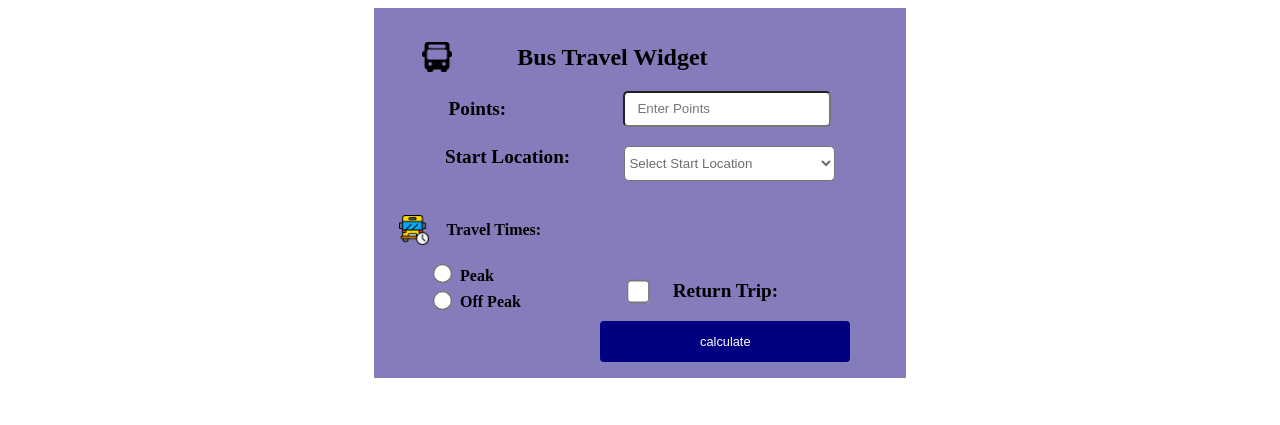
Repository: lasity34/bus_travel
Page: index.html
The author's editor kept a copy of each file at every save. The page is drawn from the files as they stood at one save, then again after the next save.
The browser window is 1280 px wide. The pictures show the whole page.

Above is the page before, as saved 2023-05-31 11:13:23.

### index.html
<!DOCTYPE html>
<html lang="en">
  <head>
    <meta charset="UTF-8" />
    <meta http-equiv="X-UA-Compatible" content="IE=edge" />
    <meta name="viewport" content="width=device-width, initial-scale=1.0" />
    <link href="./style.css" rel="stylesheet" />
    <title>Bus travel</title>
  </head>
  <body>
    <div class="widget_container">
      <header>
        <img src="./images/bus.png" width="30" height="30" />
        <h2>Bus Travel Widget</h2>
      </header>
      <section>
        <div class="points_container">
          <label for="points">Points:</label>
          <input
            type="number"
            name="points"
            id="points"
            placeholder="Enter Points"
          />
        </div>
        <div class="start_location_container">
          <label for="dropdown">Start Location:</label>
          <select id="dropdown" name="dropdown">
            <option value="select_location">Select Start Location</option>
            <option value="atlantis">Atlantis</option>
            <option value="pinelands">Pinelands</option>
            <option value="milnerton">Milnerton</option>
          </select>
        </div>
      </section>
      <section class="calculate_container">
        <div class="calculate_title">
          <img src="./images/bus_time.png" width="30" height="30" />
          <h4>Travel Times:</h4>
        </div>
        <div class="input_container">
          <div class="calculate_input">
            <input type="radio" id="peak" name="time" value="peak" />
            <label for="peak">Peak</label><br />
            <input type="radio" id="off-peak" name="time" value="off-peak" />
            <label for="off-peak">Off Peak</label><br />
          </div>
          <div class="check_calculate">
            <div class="check_box">

                <input type="checkbox" name="return">
                <h4>Return Trip:</h4>
            </div>
              <button class="calculate_btn">calculate</button>
          </div>
        </div>
      </section>

      <script src="./bus_travel_factory.js"></script>
      <script src="./bus_travel.js"></script>
    </div>
  </body>
</html>

### style.css


.widget_container {
   margin: 0 auto;
   display: flex;
   flex-direction: column;
   justify-content: center;
    background-color: rgb(132, 124, 187);
    width: 70%;
    max-width: 500px;
    font-weight: bold;
    padding: 1em;
}

header {
    display: flex;
    align-items: center;
    justify-content: space-around;
    width: 70%;
}

.points_container  {
    display: flex;
    width: 100%;
    justify-content: space-around;
    align-items: center;
}

.points_container label {
    font-size: 1.2rem;
}

.points_container input {
    border-radius: 5px;
    height: 30px;
    text-indent: 10px;
    width: 40%;
}

input[type='number']::-webkit-inner-spin-button,
input[type='number']::-webkit-outer-spin-button {
    -webkit-appearance: none;
    margin: 0;
}

input[type='number'] {
    -moz-appearance: textfield;
}

.start_location_container {
    padding: 1em 0;
    display: flex;
    margin: 0 auto;
    justify-content: space-between;
    width: 78%;
    font-size: 1.2rem;
    max-width: 500px;
}

select {
    background-color: white;
    width: 54%;
    height: 35px;
    border-radius: 5px;
    color: rgb(111, 108, 108);
}

option {
    font-weight: lighter;

}

button {
    background-color: #000080; /* Dark Blue */
    border: none;
    color: white;
    text-align: center;
    display: inline-block;
    font-size:0.8rem;
    transition-duration: 0.4s;
    cursor: pointer;
    padding: 1em 1.5em;
    border-radius: 4px;
    width: 100%;
    margin: 0 auto;
  }

  button:hover {
    background-color: #0000FF; /* Blue */
    color: white;
  }

  .calculate_title {
    display: flex;
    width: 32%;
    justify-content: space-around;
    align-content: center;
  }

  .calculate_title img {
    align-self: center;
  }

  input[type="radio"], input[type="checkbox"] {
    transform: scale(1.5); /* Adjust the scale factor as needed */
    margin: 0.5em;
}

input[type="checkbox"] {
    border: 1px solid black;
}

.input_container {
    display: flex;
    justify-content: space-around;
}

.check_calculate {
    width: 50%;
}

.check_box {
    display: flex;
    justify-content: center;
    width: 80%;
    transform: scale(1.2)
}

.check_box h4 {
    margin-left: 1em;
}

### bus_travel_factory.js



function bus_travel_factory() {

    let points = 0
    let location = ""

    function points_input(input) {
        points = input
    }




    function bus_location(input) {
        if (input === "milnerton") {
            location = "milnerton"
        } else if (input === "atlantis") {
            location = 'atlantis'
        } else if (input === 'pinelands') {
            location = 'pinelands'
        } else if (input === 'select_location') {
            location = 'select_location'
        }
    }



    function points_value() {
        return points
    }

    function location_return() {
        return location
    }


    return {
        points_input,
        points_value,
        bus_location,
        location_return
    }
}

### bus_travel.js

const points_value = document.querySelector("#points").value
const calculate_btn = document.querySelector(".calculate_btn")
const location_select = document.querySelector("#dropdown")

const bus_instance = bus_travel_factory()

function bus_travel() {

    bus_instance.points_input(points_value)
}

function bus_location() {
    const selected_value = this.value
    bus_instance.bus_location(selected_value)
}

location_select.addEventListener("change", bus_location)


calculate_btn.addEventListener("click", bus_travel)

After the next save:
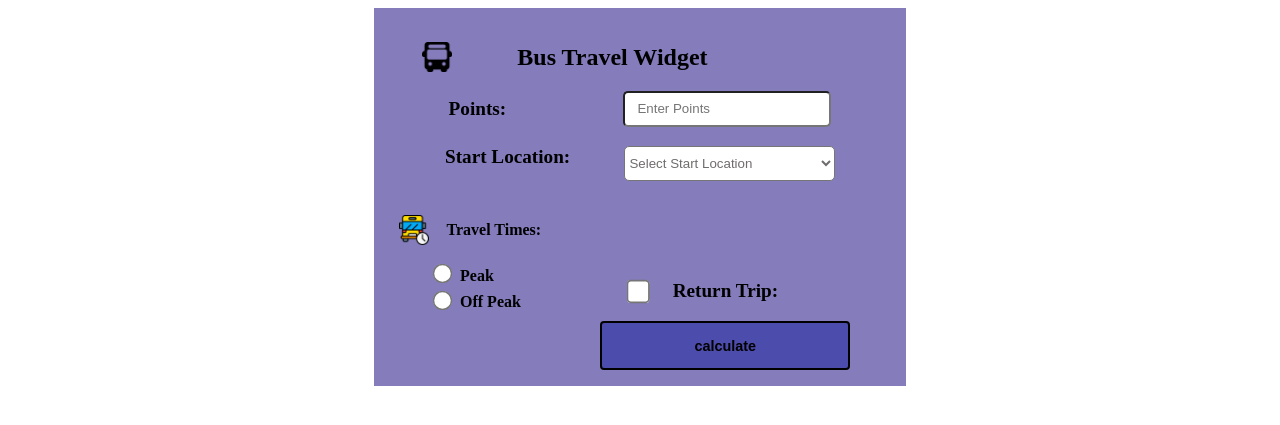
Saved 92 s later.
--- a/style.css
+++ b/style.css
@@ -71,12 +71,13 @@ option {
 }
 
 button {
-    background-color: #000080; /* Dark Blue */
-    border: none;
-    color: white;
+    background-color: #4c4cad; /* Dark Blue */
+    border: 2px solid black;
+    color: black;
     text-align: center;
     display: inline-block;
-    font-size:0.8rem;
+    font-size: 0.9rem;
+    font-weight: 700;
     transition-duration: 0.4s;
     cursor: pointer;
     padding: 1em 1.5em;
